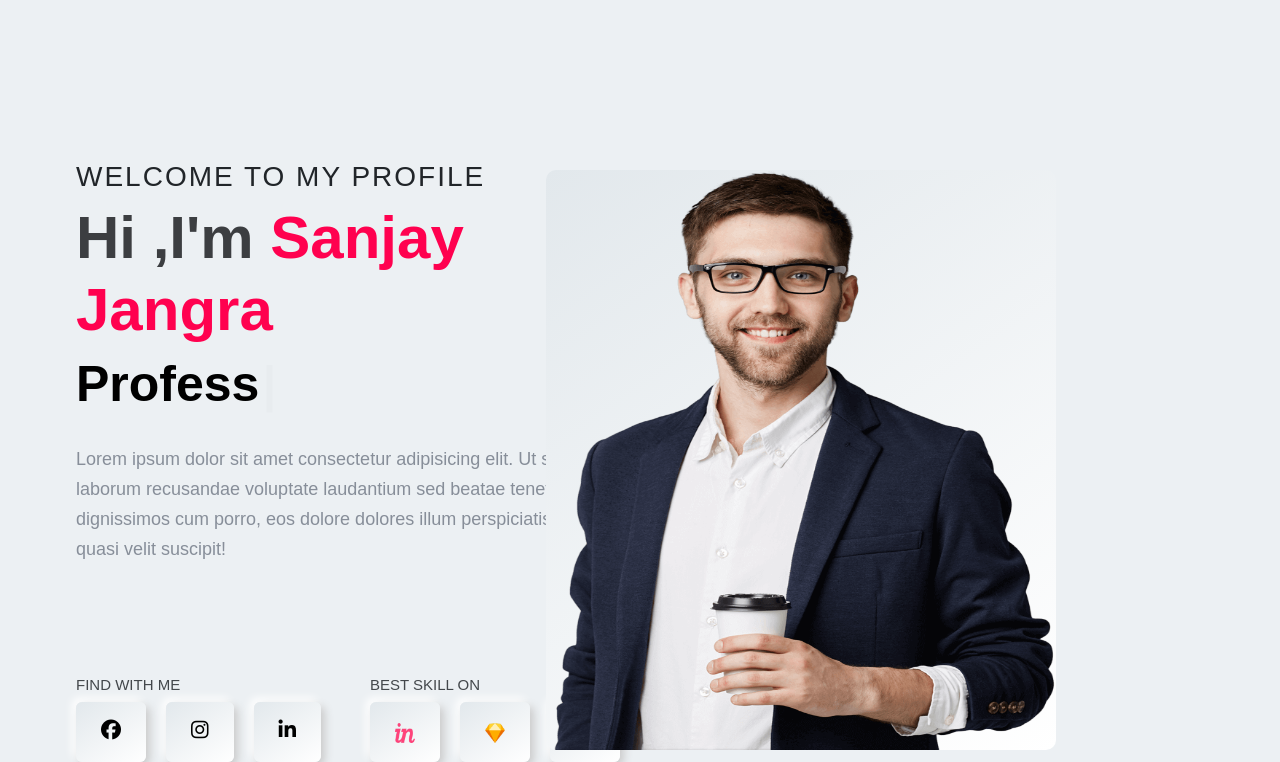
Repository: Sanjayjangra88/PortFolio
Page: /
These files come from the project's save history. The page is drawn as it stood at one moment and after the next save; the edit follows.
The browser window is 1280 px wide. The pictures show the whole page.
Some web libraries are served in a nearby version. The project was rebuilt for these pictures with package versions that can differ from the ones it lists, and the page was loaded fresh each time. Also part of the build but not shown: src/Components/Header/Header.jsx.

Above is the page before, as saved 2022-09-10 21:25:01.

### public/index.html
<!DOCTYPE html>
<html lang="en">
  <head>
    <meta charset="utf-8" />
    <link rel="icon" href="%PUBLIC_URL%/favicon.ico" />
    <meta name="viewport" content="width=device-width, initial-scale=1" />
    <meta name="theme-color" content="#000000" />
    <meta
      name="description"
      content="Web site created using create-react-app"
    />
    <link rel="apple-touch-icon" href="%PUBLIC_URL%/logo192.png" />
    <!--
      manifest.json provides metadata used when your web app is installed on a
      user's mobile device or desktop. See https://developers.google.com/web/fundamentals/web-app-manifest/
    -->
    <link rel="manifest" href="%PUBLIC_URL%/manifest.json" />
    <link rel="stylesheet" href="https://cdnjs.cloudflare.com/ajax/libs/font-awesome/6.1.1/css/all.min.css" integrity="sha512-KfkfwYDsLkIlwQp6LFnl8zNdLGxu9YAA1QvwINks4PhcElQSvqcyVLLD9aMhXd13uQjoXtEKNosOWaZqXgel0g==" crossorigin="anonymous" referrerpolicy="no-referrer" />

    <!--
      Notice the use of %PUBLIC_URL% in the tags above.
      It will be replaced with the URL of the `public` folder during the build.
      Only files inside the `public` folder can be referenced from the HTML.

      Unlike "/favicon.ico" or "favicon.ico", "%PUBLIC_URL%/favicon.ico" will
      work correctly both with client-side routing and a non-root public URL.
      Learn how to configure a non-root public URL by running `npm run build`.
    -->

    <link rel="manifest" href="%PUBLIC_URL%/manifest.json" />
    <link href="https://cdn.jsdelivr.net/npm/bootstrap@5.0.2/dist/css/bootstrap.min.css" rel="stylesheet" integrity="sha384-EVSTQN3/azprG1Anm3QDgpJLIm9Nao0Yz1ztcQTwFspd3yD65VohhpuuCOmLASjC" crossorigin="anonymous">
    <title>React App</title>
  </head>
  <body>
    <noscript>You need to enable JavaScript to run this app.</noscript>
    <div id="root"></div>
    <script src="https://kit.fontawesome.com/7578c5a215.js" crossorigin="anonymous"></script>
    <!--
      This HTML file is a template.
      If you open it directly in the browser, you will see an empty page.

      You can add webfonts, meta tags, or analytics to this file.
      The build step will place the bundled scripts into the <body> tag.

      To begin the development, run `npm start` or `yarn start`.
      To create a production bundle, use `npm run build` or `yarn build`.
    -->

    <script src="https://cdn.jsdelivr.net/npm/@popperjs/core@2.9.2/dist/umd/popper.min.js" integrity="sha384-IQsoLXl5PILFhosVNubq5LC7Qb9DXgDA9i+tQ8Zj3iwWAwPtgFTxbJ8NT4GN1R8p" crossorigin="anonymous"></script>
<script src="https://cdn.jsdelivr.net/npm/bootstrap@5.0.2/dist/js/bootstrap.min.js" integrity="sha384-cVKIPhGWiC2Al4u+LWgxfKTRIcfu0JTxR+EQDz/bgldoEyl4H0zUF0QKbrJ0EcQF" crossorigin="anonymous"></script>
  </body>
</html>

### src/App.js
import React from 'react'
import Header from './Components/Header/Header';
import "./App.css"
import Home from './Components/Home/Home';
const App = () => {
  return (
    <>
      {/* <Header/> */}
      <Home/>
    </>
  )
}

export default App

### src/App.css
@import url('https://fonts.googleapis.com/css2?family=Dancing+Script&family=EB+Garamond:ital,wght@1,500&family=Roboto+Slab:wght@300&display=swap');
* {
  padding: 0;
  margin: 0;
  box-sizing: border-box;
}
html {
  scroll-behavior: smooth;
}
body {
  font-family: "Poppins", sans-serif;
  background-color: #ecf0f3;
}
.container {
  max-width: 95%;
  margin: auto;
}
.d_flex {
  display: flex;
  justify-content: space-between;
}
.f_flex {
  display: flex;
}
a {
  text-decoration: none;
  color: black;
}
li {
  list-style: none;
}
.uppercase {
  text-transform: uppercase;
}
.capitalize {
  text-transform: capitalize;
}

button {
  border: none;
  outline: none;
  background-color: none;
}

.btn_shadow {
  padding: 18px 25px;
  border-radius: 6px;
  transition: 0.3s all ease;
  cursor: pointer;
  color: #000;
  transition: 0.5s;
}
.btn_shadow {
  background: linear-gradient(145deg, #e2e8ec, #ffffff);
  box-shadow: 4px 4px 8px #cbcbcb, -4px -4px 8px #ffffff;
}
.btn_shadow:hover {
  background: #ff014f;
  color: white;
  transform: translateY(-10px);
}
.box_shodow {
  background: linear-gradient(145deg, #e2e8ec, #ffffff);
  box-shadow: 4px 4px 8px #cbcbcb, -4px -4px 8px #ffffff;
  border-radius: 10px;
}
.row,
.left,
.right {
  width: 50%;
}
.top {
  margin-top: 80px;
}
.mtop {
  margin-top: 40px;
}
.heading {
  margin: 50px 0 50px 0;
}
.heading h4 {
  color: #ff014f;
  letter-spacing: 2px;
  font-weight: 400;
}
.heading h1 {
  font-size: 60px;
  color: #3c3e41;
}
h1 {
  color: #3c3e41;
}
.grid {
  display: grid;
  grid-template-columns: repeat(3, 1fr);
  grid-gap: 35px;
}
p {
  color: #3c3e41;
}
.text-center {
  text-align: center;
}
.primary_color {
  color: #ff014f;
}
textarea,
input {
  width: 100%;
  padding: 20px;
  border-radius: 5px;
  outline: none;
  border: 3px solid #e2e8ec;
  margin-bottom: 20px;
}
/*----------Footer---------*/
footer {
  margin: 20% 0 10% 0;
}
footer p {
  margin-top: 30px;
}
/*----------Footer---------*/
@media (max-width: 768px) {
  .grid {
    grid-template-columns: repeat(2, 1fr);
  }
  .left,
  .right {
    width: 100%;
  }
  }

### src/Components/Home/Home.jsx
import React from 'react'
import skill1 from '../Pic/skill1.png'
import skill2 from '../Pic/skill2.png'
import skill3 from '../Pic/skill3.png'
import hero from '../Pic/hero.png'
import './home.css'
import { Typewriter} from 'react-simple-typewriter'

const Home = () => {
  return (
    <>
      <section className='hero'id='home'>
        <div className="container f_flex top">
            <div className="left top">
                <h3>WELCOME TO MY PROFILE</h3>
                <h1>Hi ,I'm <span>Sanjay Jangra</span></h1>
                <h2>
                    <span>
                    <Typewriter
            words={['Web Developer', 'Professional Coder']}
            loop
            cursor
            cursorStyle='|'
            typeSpeed={70}
            deleteSpeed={50}
            delaySpeed={1000}
            // onLoopDone={handleDone}
            // onType={handleType}
            />
                        </span></h2>
                        <p>
Lorem ipsum dolor sit amet consectetur adipisicing elit. Ut sint a laborum recusandae voluptate laudantium sed beatae tenetur dignissimos cum porro, eos dolore dolores illum perspiciatis. Vero quasi velit suscipit!
                        </p>
                        <div className='hero_btn d_flex'>
                            <div className="col_1">
                                <h4>FIND WITH ME</h4>
                                <div className="button">
                                    <button className='btn_shadow'>
                                        <i className='fab fa-facebook'></i>
                                    </button>
                                    <button className='btn_shadow'>
                                        <i className='fab fa-instagram'></i>
                                    </button>
                                    <button className='btn_shadow'>
                                        <i className='fab fa-linkedin-in'></i>
                                    </button>
                                </div>
                            </div>
                            <div className="col_1">
                                <h4>BEST SKILL ON</h4>
                                <button className='btn_shadow'>
                                        <img src={skill1}alt=''/>
                                    </button>
                                <button className='btn_shadow'>
                                        <img src={skill2}alt=''/>
                                    </button>
                                <button className='btn_shadow'>
                                        <img src={skill3}alt=''/>
                                    </button>
                            </div>
                        </div>
            </div>
            <div className="right">
                <div className="right_img">
                    <img src={hero}alt=''/>
                </div>
            </div>
        </div>
      </section>
    </>
  )
}

export default Home

### src/Components/Header/header.css

*,
*::after,
*::before{
    box-sizing: border-box;
    padding: 0;
    margin: 0;
}

.html{
    font-size: 62.5%;
}

.navbar input[type="checkbox"],
.navbar .hamburger-lines{
    display: none;
}

.container{
    max-width: 1200px;
    width: 90%;
    margin: auto;
}

.navbar{
    box-shadow: 0px 5px 10px 0px #aaa;
    position: fixed;
    width: 100%;
    background: #FAA7B8;
    color: #000;
    opacity: 0.85;
    z-index: 100;
}

.navbar-container{
    display: flex;
    justify-content: space-between;
    height: 64px;
    align-items: center;
}

.menu-items{
    margin-top: 15px;
    order: 2;
    display: flex;
}
.logo{
    order: 1;
    font-size: 2.3rem;
    margin-bottom: 5px;
}

.menu-items li{
    list-style: none;
    margin-left: 1.5rem;
    font-size: 1.3rem;
}

.navbar a{
    color: #444;
    text-decoration: none;
    font-weight: 500;
    transition: color 0.3s ease-in-out;
}

.navbar a:hover{
    color: #117964;
}
.home-btn:hover {
  background: #ff014f;
  color: white;
}


.home-btn {
  padding: 18px 25px;
  height: 1vh;
  line-height: 1vh;
  font-size: 13px;
  border-radius: 6px;
  transition: 0.3s all ease;
  cursor: pointer;
  height: fit-content;
  color: #ff014f;

}
.home-btn {
  background: linear-gradient(145deg, #e2e8ec, #ffffff);
  box-shadow: 4px 4px 8px #cbcbcb, -4px -4px 8px #ffffff;
}
navbar {
  transition: 0.5s;
  font-size: 13px;
  font-weight: 500;
  letter-spacing: 2px;
}





@media (max-width: 900px){
    .navbar{
        opacity: 0.95;
    }

    .navbar-container input[type="checkbox"],
    .navbar-container .hamburger-lines{
        display: block;
    }

    .navbar-container{
        display: block;
        position: relative;
        height: 64px;
    }

    .navbar-container input[type="checkbox"]{
        position: absolute;
        display: block;
        height: 32px;
        width: 30px;
        top: 20px;
        left: 20px;
        z-index: 5;
        opacity: 0;
        cursor: pointer;
    }

    .navbar-container .hamburger-lines{
        display: block;
        height: 28px;
        width: 35px;
        position: absolute;
        top: 20px;
        left: 20px;
        z-index: 2;
        display: flex;
        flex-direction: column;
        justify-content: space-between;
    }

    .navbar-container .hamburger-lines .line{
        display: block;
        height: 4px;
        width: 100%;
        border-radius: 10px;
        background: #333;
    }

    .navbar-container .hamburger-lines .line1{
        transform-origin: 0% 0%;
        transition: transform 0.3s ease-in-out;
    }

    .navbar-container .hamburger-lines .line2{
        transition: transform 0.2s ease-in-out;
    }

    .navbar-container .hamburger-lines .line3{
        transform-origin: 0% 100%;
        transition: transform 0.3s ease-in-out;
    }

    .navbar .menu-items{
        padding-top: 100px;
        background: #fff;
        height: 100vh;
        max-width: 300px;
        transform: translate(-150%);
        display: flex;
        flex-direction: column;
        margin-left: -40px;
        padding-left: 40px;
        transition: transform 0.5s ease-in-out;
        box-shadow:  5px 0px 10px 0px #aaa;
        overflow: scroll;
    }

    .navbar .menu-items li{
        margin-bottom: 1.8rem;
        font-size: 1.1rem;
        font-weight: 500;
    }

    .logo{
        position: absolute;
        top: 10px;
        right: 15px;
        font-size: 2.5rem;

    }

    .navbar-container input[type="checkbox"]:checked ~ .menu-items{
        transform: translateX(0);
    }

    .navbar-container input[type="checkbox"]:checked ~ .hamburger-lines .line1{
        transform: rotate(45deg);
    }

    .navbar-container input[type="checkbox"]:checked ~ .hamburger-lines .line2{
        transform: scaleY(0);
    }

    .navbar-container input[type="checkbox"]:checked ~ .hamburger-lines .line3{
        transform: rotate(-45deg);
    }
    .home-btn:hover {
      background: #ff014f;
      color: white;

    }


    .home-btn {
      padding: 18px 25px;
      height: 1vh;
      line-height: 1vh;
      font-size: 13px;
      border-radius: 6px;
      transition: 0.3s all ease;
      cursor: pointer;
      height: fit-content;
      color: #ff014f;
      margin-right: 25px;

    }
    .home-btn {
      background: linear-gradient(145deg, #e2e8ec, #ffffff);
      box-shadow: 4px 4px 8px #cbcbcb, -4px -4px 8px #ffffff;
    }

}

@media (max-width: 500px){
    .navbar-container input[type="checkbox"]:checked ~ .logo{
        display: none;
    }
}
.demo{
  height: 300vh;
}

### src/Components/Home/home.css
.hero{
    position: relative;

}
.hero h3{
    font-weight: 100;
    letter-spacing: 2px;
}
.hero h1{
    font-size: 60px;
    font-weight: bold;
}
.hero h1 span{
    color: #ff014f;
}
.hero h2{
    font-size: 50px;
    font-weight: bold;
    color: #ff014f;
}
.hero h2 span{
    color: black;
}
.hero p{
    color:#878e99;
    font-size: 18px;
    line-height: 30px;
    margin-top: 30px;
}
.hero_btn{
    margin-top: 20%;
}
/* .hero_btn{
    <element class="hero_btn">
    Selector Specificity:(0,1,0)
} */

.hero_btn h4{
    font-weight: 500;
    letter-spacing: px;
    color: #43474b;
    font-size: 15px;
    margin: 30pz 0 30px 0;

}
.hero_btn button{
    margin-right: 20px;
}
.hero_btn i{
    font-size: 20px;
}
.hero_btn button img{
    width: 20px;
    height: 20px;
   }
   .hero .left{
    margin-right: 10px;
   }
.hero .right{
    width: 40%;
    position: relative;
    }
.hero .right img{
    background: linear-gradient(145deg ,#e2e8ec , #ffffff);
    box-shadow: 4px 4px 8px #cbcbcb .4ox -4px 8px #ffffff;
    border-radius: 10px;
    height: 580px;
    width: 510px;
    margin-top: 20%;
    margin-left: 80%;
}
.hero .right_img img{
    position: absolute;
    top: 0;
    right: 10%;
    width: 510px;
    margin-left: 50px;
}

Loaded but not shown: src/index.js (common file); src/index.css (common file); src/reportWebVitals.js (common file)

After the next save:
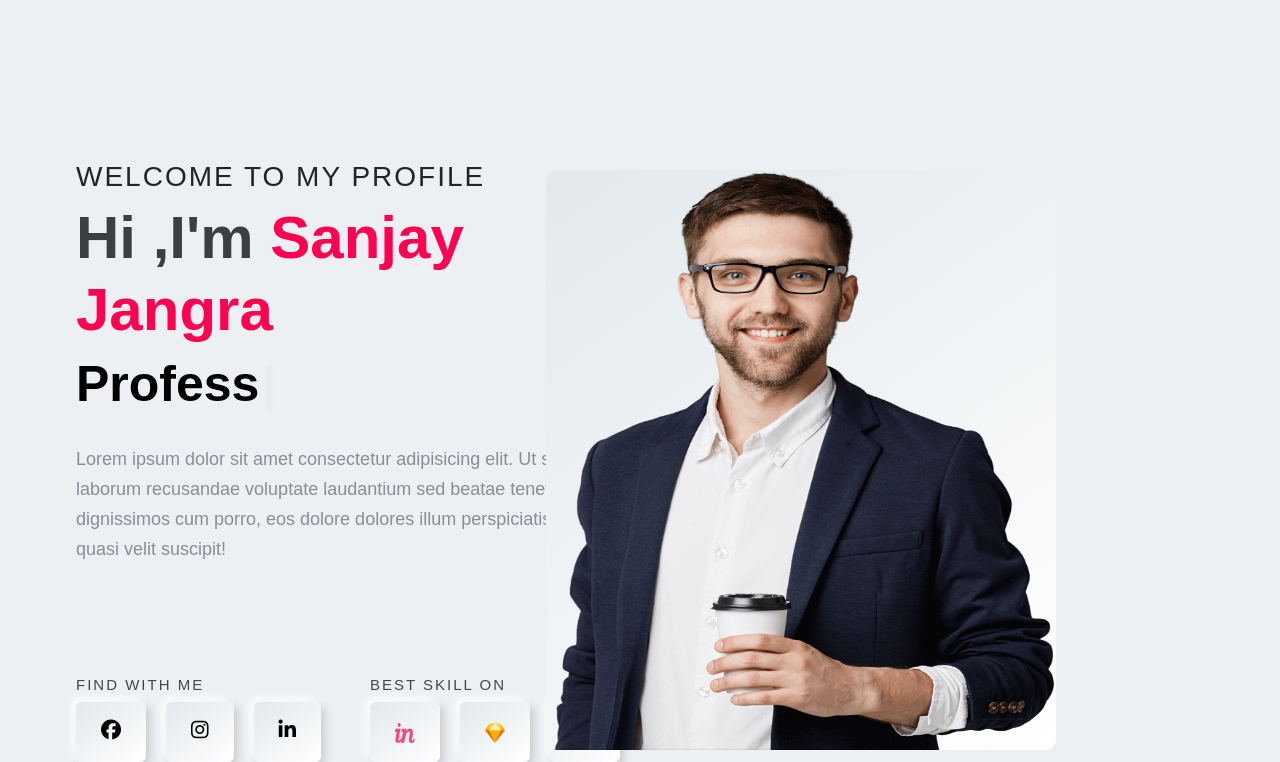
Saved 3 min 13 s later.
--- a/src/Components/Home/home.css
+++ b/src/Components/Home/home.css
@@ -37,7 +37,7 @@
 
 .hero_btn h4{
     font-weight: 500;
-    letter-spacing: px;
+    letter-spacing: 2px;
     color: #43474b;
     font-size: 15px;
     margin: 30pz 0 30px 0;
@@ -67,12 +67,12 @@
     height: 580px;
     width: 510px;
     margin-top: 20%;
-    margin-left: 80%;
+
 }
 .hero .right_img img{
     position: absolute;
     top: 0;
     right: 10%;
     width: 510px;
-    margin-left: 50px;
+
 }
